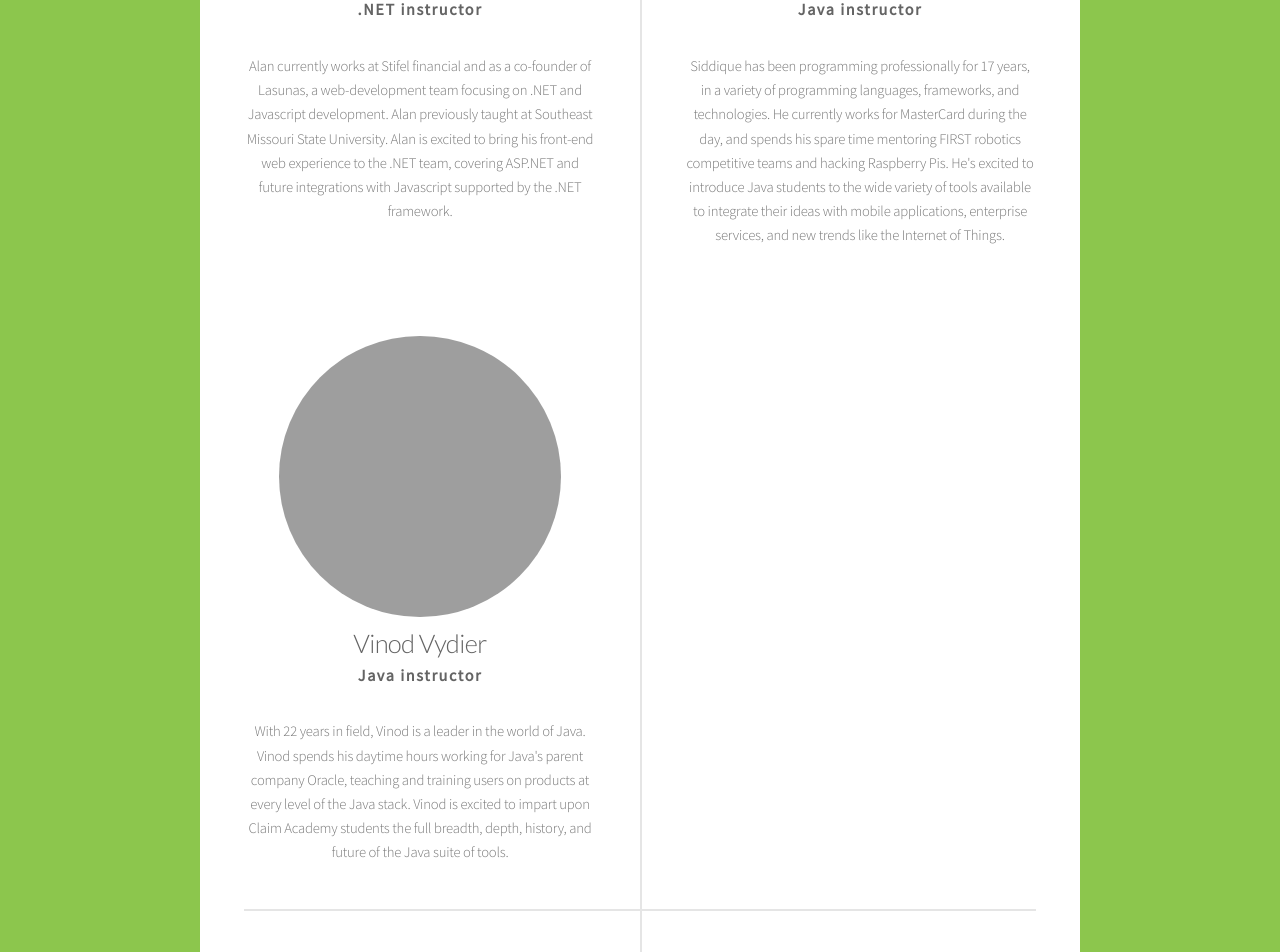
Repository: Kemo92/ClaimAcademy
Page: teachers.html
The author's editor kept a record of every edit. The page is drawn from the files as they stood at one moment, then again after the next edit.
The browser window is 1280 px wide. The pictures show the part of the page from y = 1424 to 2376 px (the page is 5696 px tall).
Pictures or frames that could not be fetched are drawn as grey boxes.

Above is the page before.

### teachers.html
<!DOCTYPE HTML>
<!--
Alpha by HTML5 UP
html5up.net | @n33co
Free for personal and commercial use under the CCA 3.0 license (html5up.net/license)
-->
<html>
	<head>
		<title>Programming Instructors and Mentors</title>
		<meta http-equiv="content-type" content="text/html; charset=utf-8" />
		<meta name="description" content="Programming and Coding Instructors and Mentors for Claim Academy" />
		<meta name="keywords" content="Programming, Coding, Startups, St. Louis, Claim Academy, Java, Ruby, .NET" />
		<!--[if lte IE 8]><script src="css/ie/html5shiv.js"></script><![endif]-->
		<script src="js/jquery.min.js"></script>
		<script src="js/jquery.dropotron.min.js"></script>
		<script src="js/jquery.scrollgress.min.js"></script>
		<script src="js/skel.min.js"></script>
		<script src="js/skel-layers.min.js"></script>
		<script src="js/init.js"></script>
		<noscript>
			<link rel="stylesheet" href="/css/skel.css" />
			<link rel="stylesheet" href="/css/style.css" />
			<link rel="stylesheet" href="/css/style-wide.css" />
		</noscript>
		<link href='https://fonts.googleapis.com/css?family=Ubuntu:300' rel='stylesheet' type='text/css'>
		<link href='https://fonts.googleapis.com/css?family=Lato:300' rel='stylesheet' type='text/css'>
		<!--[if lte IE 8]><link rel="stylesheet" href="css/ie/v8.css" /><![endif]-->
	</head>
	<body>

	<!-- Header -->
	<header id="header" class="skel-layers-fixed">
		<h1><a href="index.html"></a></h1>
		<nav id="nav">
			<ul>
				<li><a href="index.html">Home</a></li>
				<li><a href="http://claimacademystl.com/blog">Blog</a></li>
				<li><a href="http://eepurl.com/82eo5" class="button">Sign Up</a></li>
			</ul>
		</nav>
	</header>

	<!-- Main -->
	<section id="main" class="container">
		<section class ="box special">
			<h2>Meet our Instructors, Mentors, and Admin Team</h2>
			<p>As much as we love our space, and as proud as we are of our curricula and class materials, Claim Academy wouldn't be Claim Academy without our team of rockstars teaching class, running the daily operations, and mentoring students. The people below make things happen, and you should get to know them!</p>
		</section>
		<section class="box features">
			<div class="features-row">
					<section>
						<span class="image circle andy"></span>
						<h3 id="teachername">Andrew Benz</h3>
						<h4 id="teacherrole">.NET instructor</h4>
						<p>Andrew currently works as a .NET developer at Shipworks in downtown St. Louis. As a contributor to the .NET source, Andy has a uninque view of what's under the hood of the .NET framework. His personal projects include working with ASP.NET in a linux environment and contributing to the open-sourcing of the .NET framework for use across platforms. Andy has taught VB.NET to students in a traditional setting, and he looks forward to working with Claim Academy students in a more personal setting.</p>
					</section>
					<section>
						<span class="image circle john"></span>
							<h3 id="teachername">Tim Ehrhart</h3>
							<h4 id="teacherrole">.NET instructor</h4>
							<p>Tim has spent 14 years as a software developer, the last few years with Asynchrony in St. Louis. From graphics engines to enterprise-level eCommerce sites, Tim has done it all. He's ready to show students what can be done with the .NET framework in an Agile and test-driven environment, making sure that every student is ready for the fast-paced environment of a modern software development team.</p>
					</section>
					</div>
					<div class="features-row">
					<section>
						<span class="image circle alan"></span>
							<h3 id="teachername">Alan Long</h3>
							<h4 id="teacherrole">.NET instructor</h4>
							<p>Alan currently works at Stifel financial and as a co-founder of Lasunas, a web-development team focusing on .NET and Javascript development. Alan previously taught at Southeast Missouri State University. Alan is excited to bring his front-end web experience to the .NET team, covering ASP.NET and future integrations with Javascript supported by the .NET framework.</p>
					</section>
					<section>
						<span class="image circle siddique"></span>
							<h3 id="teachername">Siddique Hameed</h3>
							<h4 id="teacherrole">Java instructor</h4>
							<p>Siddique has been programming professionally for 17 years, in a variety of programming languages, frameworks, and technologies. He currently works for MasterCard during the day, and spends his spare time mentoring FIRST robotics competitive teams and hacking Raspberry Pis. He's excited to introduce Java students to the wide variety of tools available to integrate their ideas with mobile applications, enterprise services, and new trends like the Internet of Things.</p>
					</section>
					<section>
						<span class="image circle siddique"></span>
							<h3 id="teachername">Vinod Vydier</h3>
							<h4 id="teacherrole">Java instructor</h4>
							<p>With 22 years in field, Vinod is a leader in the world of Java. Vinod spends his daytime hours working for Java's parent company Oracle, teaching and training users on products at every level of the Java stack. Vinod is excited to impart upon Claim Academy students the full breadth, depth, history, and future of the Java suite of tools.</p>
					</section>
				</div>
				<div class="features-row">
					<section>
						<span class="image circle topleft"></span>
							<h3 id="teachername">Arjun Venkataswamy</h3>
							<h4 id="teacherrole">curriculum developer and mentor</h4>
							<p>Arjun is the curriculum manager and web devlopment instructor at Starter League in Chicago, now bringing his expertise to St. Louis. Arjun is a former high school teacher who has developed curricula for students of all ages, from middle-schoolers to adults. He's passionate about helping students recognize and realize their potential as technology creators. Arjun is also a well-established Ruby developer in the Chicago area.</p>
					</section>
					<section>
						<span class="image circle alex"></span>
							<h3 id="teachername">Alex Pearson</h3>
							<h4 id="teacherrole">Director of Curriculum, Instruction, and Outreach</h4>
							<p>Alex is in charge of the day-to-day operations at Claim Academy, from working with instructors, to interviewing students, to managing the Claim Academy blog and website, to marketing and recruitment efforts, to program and curriculum development. Alex has a proven track record of building successful businesses in multiple industries, and he's now combining that business expertise with his passion for programming and web development to make Claim Academy the top training program for St. Louis developers.</p>
					</section>
				</div>
				<div class="features-row">
					<section>
						<span class="image circle william"></span>
						<h3 id="teachername">William Fink</h3>
						<h4 id="teacherrole">.NET curriculum advisor, Microsoft partner, and student mentor</h4>
						<p>Bill works for Microsoft as a local technical evangelist, and is bringing his experience with the .NET framework to Claim Academy's Windows-focused courses. Bill also has years of experience teaching students as an adjunct professor at Southwest Illinois Technical College, and has been heavily involved in the tech industry as a consultant for <a href="http://www.rgare.com/">RGA</a> and <a href="https://www.linkedin.com/company/163367?trk=prof-exp-company-name">Daugherty Business Solutions</a>.</p>
					</section>
					<section>
						<span class="image circle sheila"></span>
						<h3 id="teachername">Sheila Burkett</h3>
						<h4 id="teacherrole">programming mentor</h4>
						<p>Sheila has been programming for St. Louis businesses since 1988, and has been active in teaching programming to others as a <a href="http://mis.umsl.edu/alumni_stories/SheilaBurkett.html">guest lecturer at the University of Missouri St. Louis</a>, as a mentor for the <a href="http://itenstl.org/">St. Louis IT Entrepreur Network (ITEN)</a>,a team member of <a href="http://www.slideshare.net/bouncebackstl">Bounce Back St. Louis</a>, President of <a href="">Tuxedo Park Management</a>, and now a managing partner of <a href="">Spry Digital</a>. Sheila is excited to bring her expertise to the classroom through guest lectures, pair programming, and indivudal mentorship.</p>
					</section>
				</div>
				<div class="features-row">
					<section>
						<span class="image circle yomi"></span>
						<h3 id="teachername">Yomi Toba</h3>
						<h4 id="teacherrole">programming mentor</h4>
						<p>Yomi is a co-founder of successful St. Louis start-ups <a href="https://lockerdome.com/">Lockerdome</a> and <a href="https://pushup.com/">Pushup Social</a>. He currently serves as the CTO of pushup, and will use his combination of business expertise and technical experience to guide students towards their next career in the St. Louis tech sector.</p><p style="color:rgb(255,255,255)">Here is a bunch of white text that should fill out the rest of the div. While we're here, programming in St. Louis, learn to code.</p>
					</section>
					<section>
						<span class="image circle brad"></span>
						<h3 id="teachername">Brad Urani</h3>
						<h4 id="teacherrole">programming mentor</h4>
						<p>Brad Urani is a software engineer and veteran of 5 St. Louis start-ups, including <a href="https://www.upsideadvisor.com/">Upside</a>, <a href="https://pushup.com/">Pushup Social</a>, and <a href="http://cat5.com/">Cat5 Commerce</a>. He has experience in financial software, ecommerce, games, industrial process control systems, social networking, and educational software. His insights as a team leader and head of engineering will help students better understand the top-level processes behind their individual projects.</p>
					</section>
				</div>
				<div class="features-row">
					<section>
						<span class="image circle ola"></span>
						<h3 id="teachername">Ola Ayeni</h3>
						<h4 id="teacherrole">business mentor</h4>
						<p>Ola is an <a href="http://archgrants.org/the-startups/">Arch Grant</a> winner and owner of successful St. Louis start-ups <a href="http://myeateria.com">Eateria</a> and <a href="http://workatclaim.com">Claim</a>. Ola is now using the relationships he's built in St. Louis to help provide scholarships and job opportunities to graduates of Claim Academy's programs. You'll also see Ola helping students with the soft skills that they'll need to master not just the craft of programming, but the business of software development.</p>
					</section>
				</div>
			<!--</div>-->
		</section>
	</section>

	<!-- CTA -->
	<section id="cta">

		<h2>Keep up with Claim Academy</h2>
		<p>Enter your email address below to get updates about our programs.</p>

		<!--<form>-->
		<!--	<div class="row uniform 50%">-->
		<!--	<div class="8u 12u(2)">-->
		<!--	<input type="email" name="email" id="email" placeholder="Email Address" />-->
		<!--	</div>-->
		<!--	<div class="4u 12u(2)">-->
		<!--	<input type="submit" value="Sign Up" class="fit"/>-->
		<!--	</div>-->
		<!--	</div>-->
		<!--</form>-->
		<div id="mc_embed_signup">
			<form action="//claimacademystl.us9.list-manage.com/subscribe/post?u=79cf6ff8ead503f9b7587debe&amp;id=bebd29520f" method="post" id="mc-embedded-subscribe-form" name="mc-embedded-subscribe-form" class="validate" target="_blank" novalidate>
				<div id="mc_embed_signup_scroll">
					<input type="email" value="" name="EMAIL" class="email" id="mce-EMAIL" placeholder="email address" required>
					<!-- real people should not fill this in and expect good things - do not remove this or risk form bot signups-->
					<div style="position: absolute; left: -5000px;"><input type="text" name="b_79cf6ff8ead503f9b7587debe_bebd29520f" tabindex="-1" value=""></div>
					<div class="clear"><input type="submit" value="Sign Up" name="subscribe" id="mc-embedded-subscribe" class="button"></div>
				</div>
			</form>
		</div>

	</section>

	<!-- Footer -->
	<footer id="footer">
		<ul class="icons">
			<li><a href="http://twitter.com/claimacademystl" class="icon fa-twitter"><span class="label">Twitter</span></a></li>
			<li><a href="http://facebook.com/claimacademy" class="icon fa-facebook"><span class="label">Facebook</span></a></li>
			<li><a href="https://www.linkedin.com/company/claim-academy" class="icon fa-linkedin"><span class="label">LinkedIn</span></a></li>
			<li><a href="https://plus.google.com/+Claimacademystl/posts" class="icon fa-google-plus"><span class="label">Google+</span></a></li>
		</ul>

		<ul class="copyright">
			<li>email: info@claimacademystl.com</li>
			<li>phone: (314) 499-5888</li>
			<li>515 Olive St #600, St. Louis, MO 63101</li>
		</ul>
		<ul class="copyright">
			<li>&copy; Claim Academy. All rights reserved.</li>
		</ul>
	</footer>
	<!--Scrolling function-->
	<script>
	$(function() {
		$('a[href*=#]:not([href=#])').click(function() {
			if (location.pathname.replace(/^\//,'') == this.pathname.replace(/^\//,'') && location.hostname == this.hostname) {
				var target = $(this.hash);
				target = target.length ? target : $('[name=' + this.hash.slice(1) +']');
				if (target.length) {
					$('html,body').animate({
					scrollTop: target.offset().top
				}, 1000);
				return false;
				}
			}
		});
	});
	</script>
	<!--Google Analytics-->
	<script>
	(function(i,s,o,g,r,a,m){i['GoogleAnalyticsObject']=r;i[r]=i[r]||function(){
	(i[r].q=i[r].q||[]).push(arguments)},i[r].l=1*new Date();a=s.createElement(o),
	m=s.getElementsByTagName(o)[0];a.async=1;a.src=g;m.parentNode.insertBefore(a,m)
	})(window,document,'script','//www.google-analytics.com/analytics.js','ga');

	ga('create', 'UA-57286580-1', 'auto');
	ga('send', 'pageview');
	</script>
	</body>
</html>

Loaded but not shown: js/jquery.min.js (library); js/jquery.dropotron.min.js (library); js/jquery.scrollgress.min.js (common file); js/skel.min.js (library); js/skel-layers.min.js (library); css/style-wide.css (common file); css/style-normal.css (common file); css/font-awesome.min.css (library); js/init.js (109 lines, source omitted); css/style.css (1724 lines, source omitted)

After the next edit:
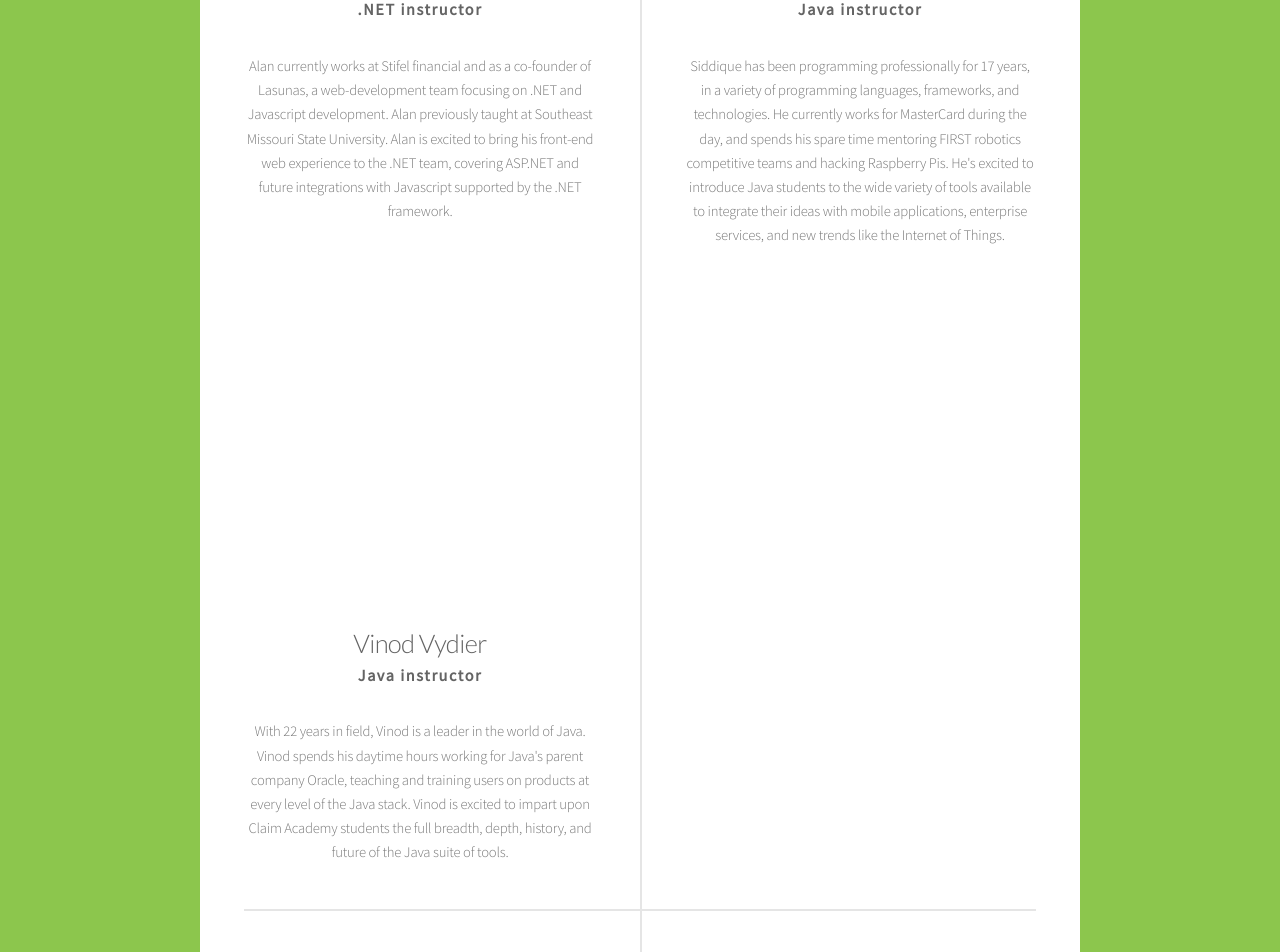
The edit:
--- a/teachers.html
+++ b/teachers.html
@@ -75,7 +75,7 @@
 							<p>Siddique has been programming professionally for 17 years, in a variety of programming languages, frameworks, and technologies. He currently works for MasterCard during the day, and spends his spare time mentoring FIRST robotics competitive teams and hacking Raspberry Pis. He's excited to introduce Java students to the wide variety of tools available to integrate their ideas with mobile applications, enterprise services, and new trends like the Internet of Things.</p>
 					</section>
 					<section>
-						<span class="image circle siddique"></span>
+						<span class="image circle vinod"></span>
 							<h3 id="teachername">Vinod Vydier</h3>
 							<h4 id="teacherrole">Java instructor</h4>
 							<p>With 22 years in field, Vinod is a leader in the world of Java. Vinod spends his daytime hours working for Java's parent company Oracle, teaching and training users on products at every level of the Java stack. Vinod is excited to impart upon Claim Academy students the full breadth, depth, history, and future of the Java suite of tools.</p>
